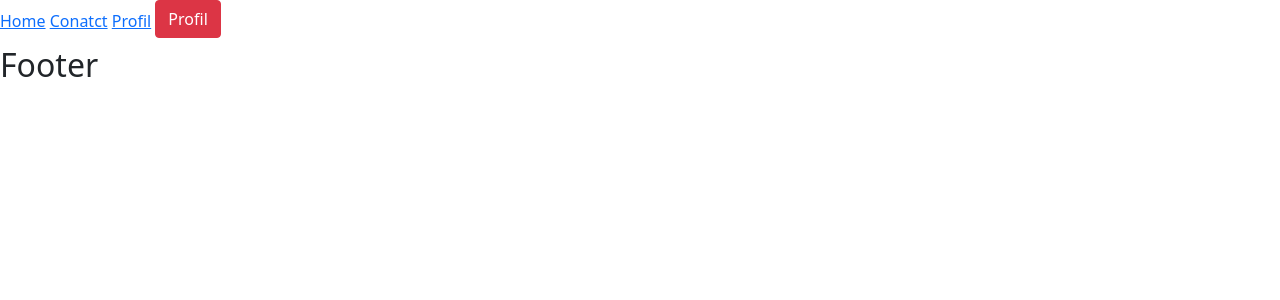
Repository: FS-23/php-getstarted
Page: http://localhost/pages/profil.php
The author's editor kept a copy of each file at every save. The page is drawn from the files as they stood at one save, then again after the next save.
The browser window is 1280 px wide. The pictures show the whole page.
The page is run by PHP 8.4 with error messages shown; the project is at /var/www/html/.

Above is the page before, as saved 2022-05-27 15:05:15.

After the next save:
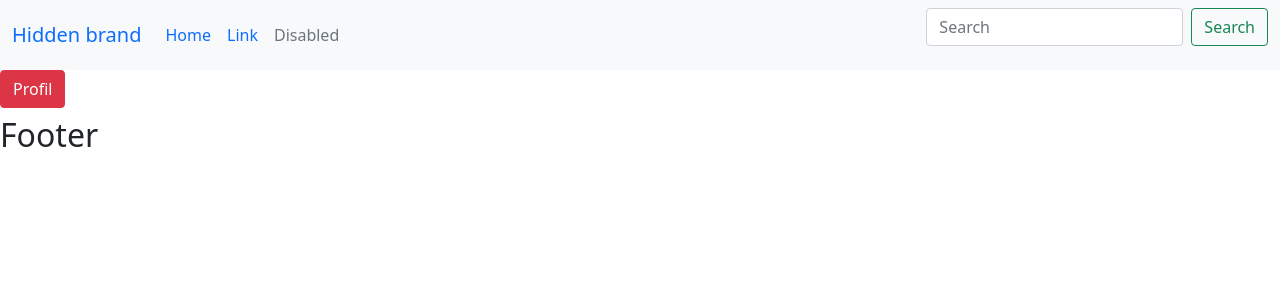
Saved 3 min 19 s later.
--- a/demoAPP/layouts/header.php
+++ b/demoAPP/layouts/header.php
@@ -1,5 +1,27 @@
 
 <link rel="stylesheet" href="https://cdn.jsdelivr.net/npm/bootstrap@5.1.3/dist/css/bootstrap.min.css">
-<a href="/pages/home.php">Home</a>
-<a href="/pages/contact.php">Conatct</a>
-<a href="/pages/profil.php">Profil</a>
+<nav class="navbar navbar-expand-lg bg-light">
+  <div class="container-fluid">
+    <button class="navbar-toggler" type="button" data-bs-toggle="collapse" data-bs-target="#navbarTogglerDemo01" aria-controls="navbarTogglerDemo01" aria-expanded="false" aria-label="Toggle navigation">
+      <span class="navbar-toggler-icon"></span>
+    </button>
+    <div class="collapse navbar-collapse" id="navbarTogglerDemo01">
+      <a class="navbar-brand" href="#">Hidden brand</a>
+      <ul class="navbar-nav me-auto mb-2 mb-lg-0">
+        <li class="nav-item">
+          <a class="nav-link active" aria-current="page" href="#">Home</a>
+        </li>
+        <li class="nav-item">
+          <a class="nav-link" href="#">Link</a>
+        </li>
+        <li class="nav-item">
+          <a class="nav-link disabled">Disabled</a>
+        </li>
+      </ul>
+      <form class="d-flex" role="search">
+        <input class="form-control me-2" type="search" placeholder="Search" aria-label="Search">
+        <button class="btn btn-outline-success" type="submit">Search</button>
+      </form>
+    </div>
+  </div>
+</nav>
